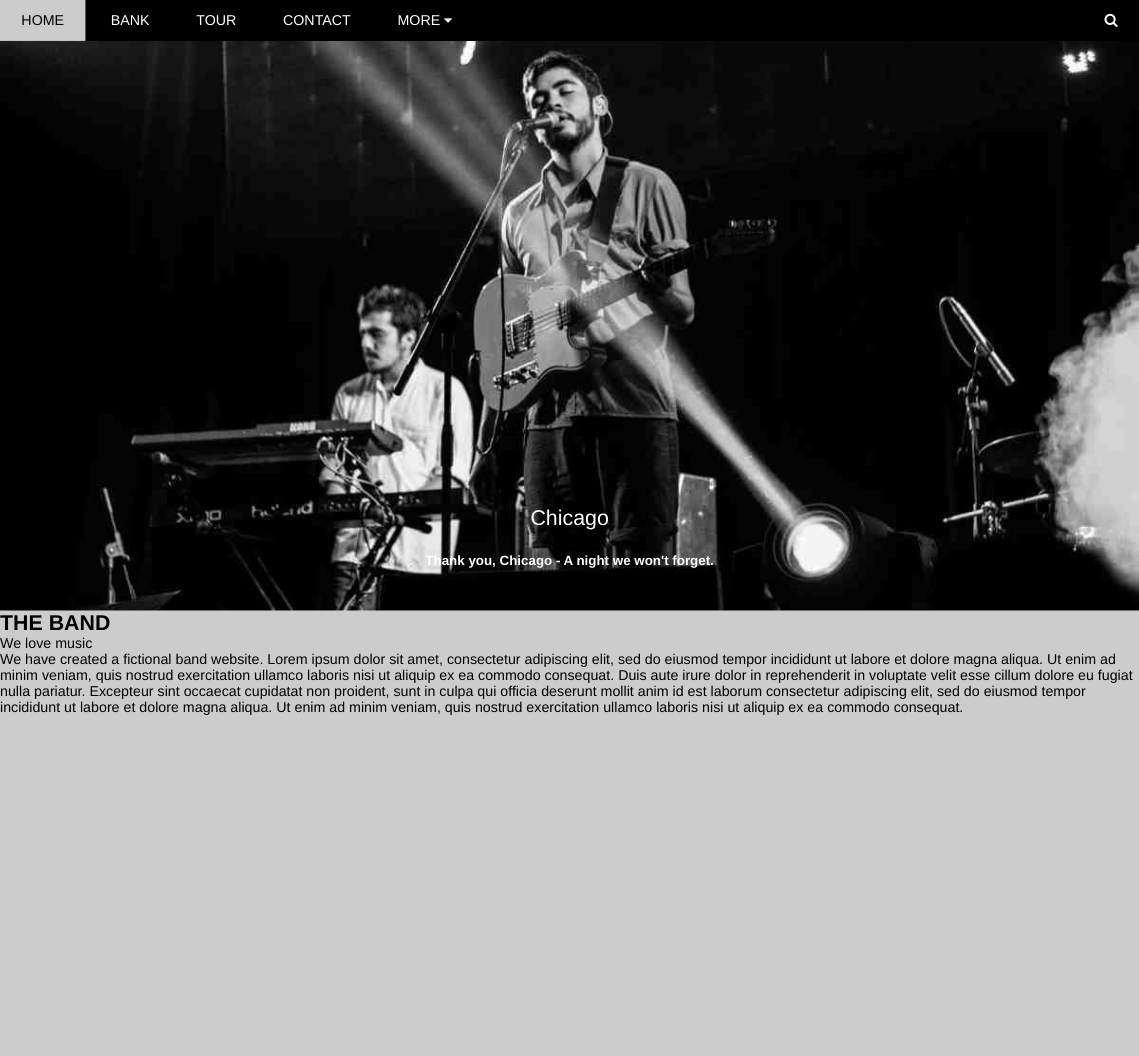
Repository: vuongtm1999/TheBand_W3School
Page: index.html
An editor plug-in stored every save of this project. The page is shown before and after the next save, followed by the edit.
The browser window is 1280 px wide. The pictures show the whole page, at 89% of full size.

Above is the page before, as saved 2022-08-25 17:11:25.

After the next save:
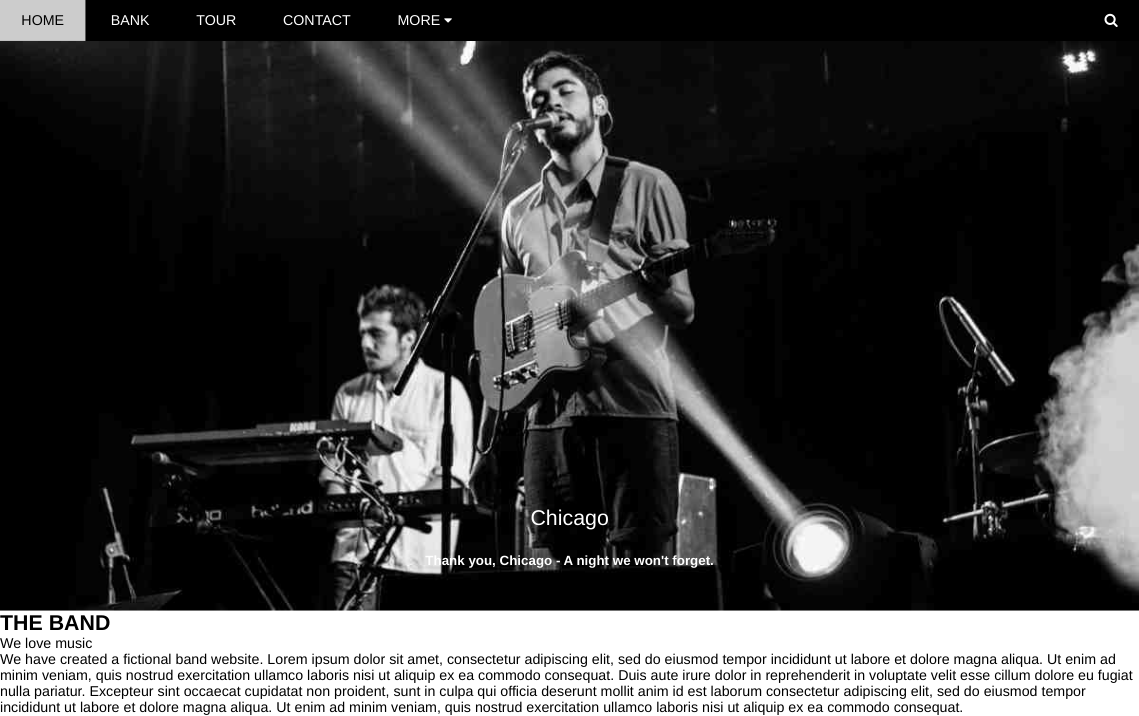
Saved 23 s later.
--- a/assets/css/style.css
+++ b/assets/css/style.css
@@ -149,8 +149,8 @@ a{
 
 
 #container {
-    height: 500px;
-    background-color: #ccc;
+    /* height: 500px;
+    background-color: #ccc; */
 }
 
 #content {}
